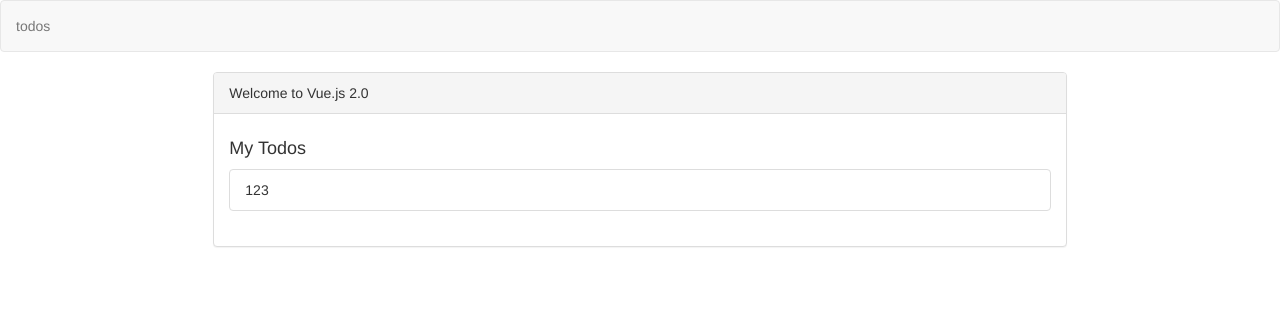
Repository: myr1111/todo
Page: Todoapp/index.html
An editor plug-in stored every save of this project. The page is shown before and after a run of saves, followed by the edit.
The browser window is 1280 px wide. The pictures show the whole page.

Above is the page before, as saved 2019-04-01 08:14:23.

### Todoapp/index.html
<!DOCTYPE html>
<html lang="en">
<head>
    <meta charset="UTF-8">
    <meta name="viewport" content="width=device-width, initial-scale=1.0">
    <meta http-equiv="X-UA-Compatible" content="ie=edge">
    <title>Document</title>
    <link rel="stylesheet" href="bootstrap.min.css">
    <script src="vue.min.js"></script>
</head>
<body>
    <nav class="navbar navbar-default">
        <p class="navbar-text">todos</p>
    </nav>
    <div id="app" class="container col-md-8 col-md-offset-2">
        <div class="row">
            <div class="panel panel-default">
                <div class=" panel-heading">Welcome to Vue.js 2.0</div>
                <div class="panel-body">
                    <h4>My Todos</h4>
                    <ul class="list-group">
                        <li class="list-group-item"
                            v-for=""
                        >123</li>
                    </ul>
                </div>
            </div>
        </div>
    </div>
    <script>
        new Vue({
            el : "#app",
            data : {
                todos : [
                    {title : "学习"},
                    {title : "制定学习计划"}
                ]
            }
        });

    </script>
</body>
</html>

Loaded but not shown: Todoapp/bootstrap.min.css (library); Todoapp/vue.min.js (library)

After the next 3 saves:
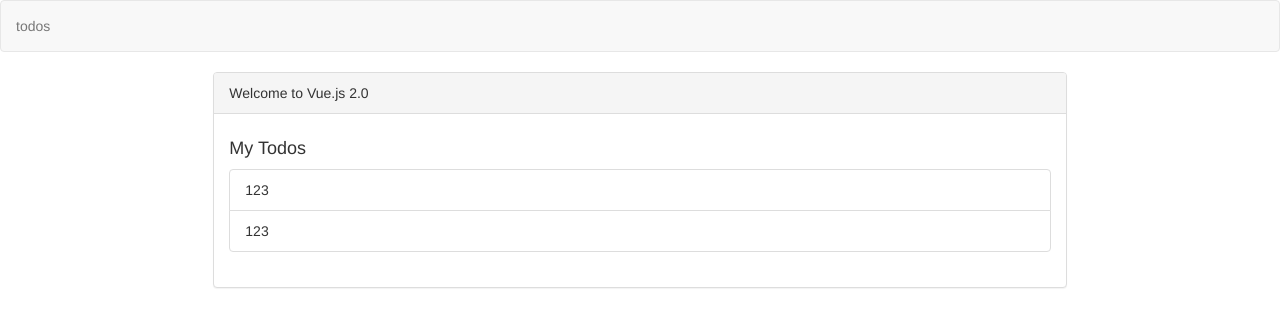
The 3 saves are shown as one change because they came seconds apart.
The last was saved 8 s later.
--- a/Todoapp/index.html
+++ b/Todoapp/index.html
@@ -20,7 +20,7 @@
                     <h4>My Todos</h4>
                     <ul class="list-group">
                         <li class="list-group-item"
-                            v-for=""
+                            v-for="todo in todos"
                         >123</li>
                     </ul>
                 </div>
